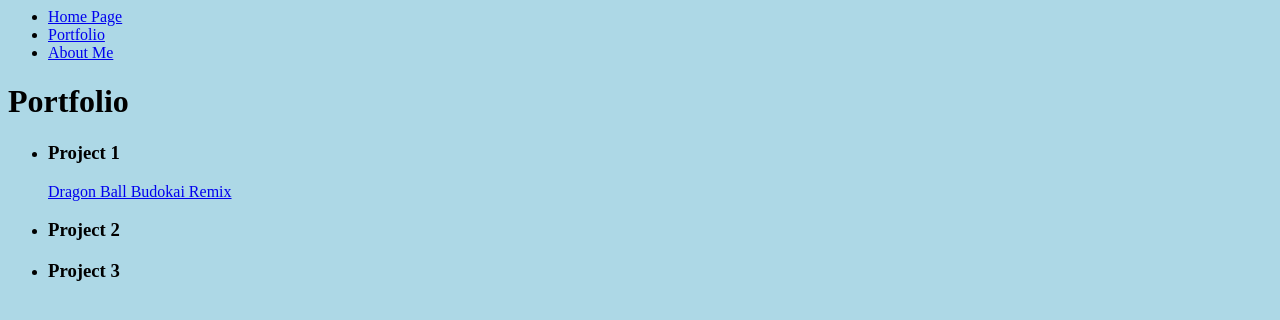
Repository: KevinAbr/KevinAbr.github.io
Page: portfolio.html
The author's editor kept a record of every edit. The page is drawn from the files as they stood at one moment, then again after the next edit.
The browser window is 1280 px wide. The pictures show the whole page.

Above is the page before.

### portfolio.html
<html>
    <head>
       <title>Portfolio</title>
            <style>
            body {
                color:black;
        }

            body {
            background:lightblue;

        }
        </style>
    </head>

    <body>
        <ul>
          <li><a href="index.html">Home Page</a></li>
          <li><a href="portfolio.html">Portfolio</a></li>
          <li><a href="about.html">About Me</a></li>
        </ul>
    <h1>Portfolio</h1>
    <ul>

        <li><h3>Project 1</h3></li>
        <a href="https://scratch.mit.edu/projects/328533615"> Dragon Ball Budokai Remix</a>
       <li><h3>Project 2</h3></li>

       <li><h3>Project 3</h3></li>

    </ul>
    </body>

</html>

After the next edit:
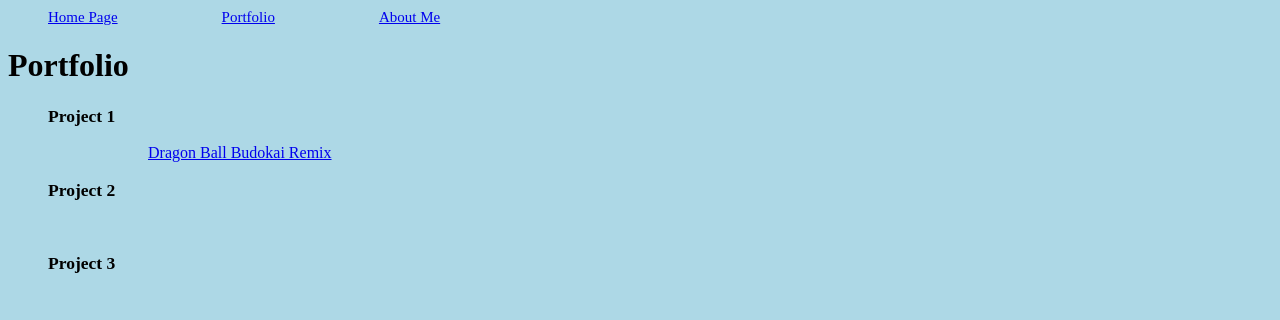
The edit:
--- a/portfolio.html
+++ b/portfolio.html
@@ -2,6 +2,9 @@
     <head>
        <title>Portfolio</title>
             <style>
+            body {background-color: black;}
+        li {display: inline; padding-right: 100px;}
+        li {color:black; font-size: 15px;}
             body {
                 color:black;
         }
